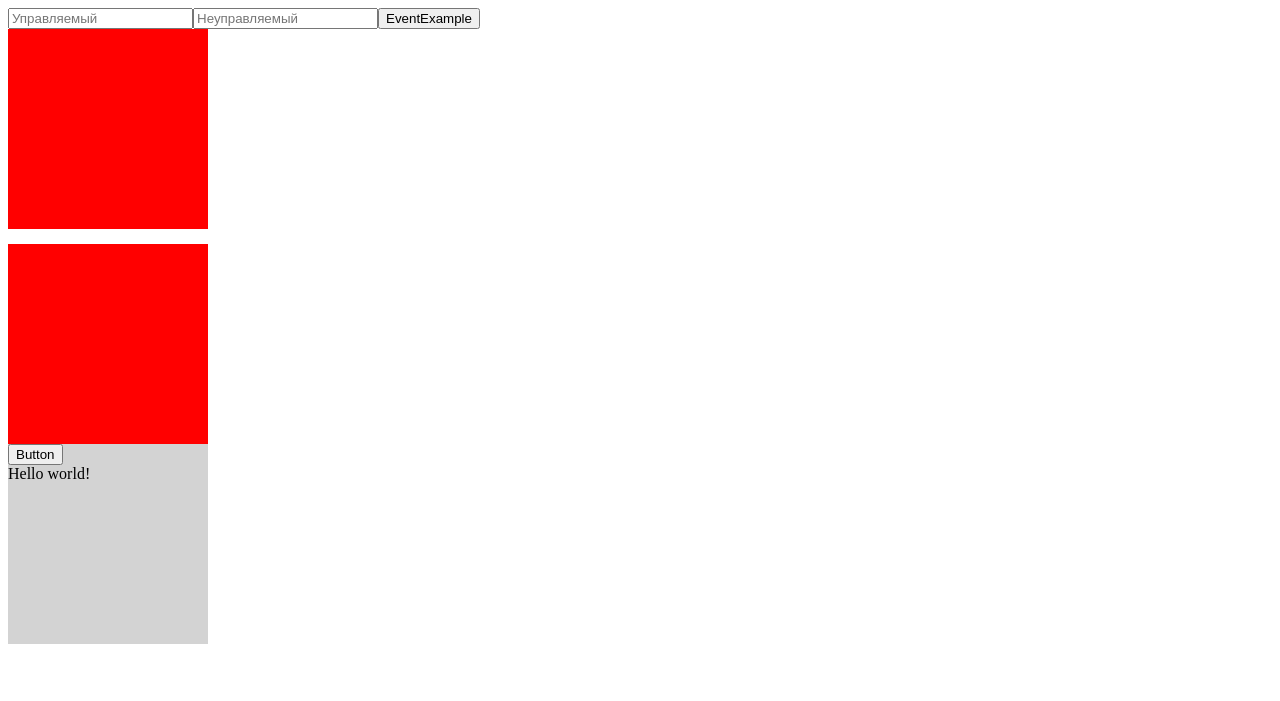
Repository: ezotop/react_ts_props-hook-router-event-req
Page: /
These files come from the project's save history. The page is drawn as it stood at one moment and after the next save; the edit follows.
The browser window is 1280 px wide. The pictures show the whole page.
The project was rebuilt for these pictures with package versions that can differ from the ones it lists, and the page was loaded fresh each time. Also part of the build but not shown: src/component/List.tsx, src/component/UserItem.tsx, src/component/pages/UsersPage.tsx, src/component/TodoItem.tsx, src/component/pages/TodosPage.tsx.

Above is the page before, as saved 2021-04-28 23:38:54.

### src/App.tsx
import React from 'react';
import Card, { CardVariant } from './component/Card';
import EventsExample from './component/EventsExample';
import {BrowserRouter as Router, Route} from 'react-router-dom';
import UsersPage from './component/pages/UsersPage';
import TodosPage from './component/pages/TodosPage';

const App = () => {

    return (
        <Router>
            <Route path={'/'} exact>
                <EventsExample/>
                <Card
                    onClick={(num) => console.log('Click', num)}
                    variant={CardVariant.primary}
                    width={'200px'}
                    height={'200px'}
                    >
                        <button>Button</button>
                        <div>Hello world!</div>
                </Card>
            </Route>
            <Route path={'/users'} exact>
                <UsersPage />
            </Route>
            <Route path={'/todos'} exact>
                <TodosPage/>
            </Route>

        </Router>
    );
};

export default App;

### src/component/Card.tsx
import React, { useState } from 'react';

export enum CardVariant {
    outlined = 'outlined',
    primary = 'primary'
}

interface CardProps {
    width?: string // ? - если хотим сделать не обязательным
    height?: string
    children?: React.ReactChild | React.ReactNode
    variant: CardVariant
    onClick: (num: number) => void
}

const Card: React.FC<CardProps> = ({width, height, variant, children, onClick}) => {

    const [state, setState] = useState(0);

    return (
        <div style={{width, height,
            border: variant === CardVariant.outlined ? '1px solid lightgray' : 'none',
            background: variant === CardVariant.primary ? 'lightgray' : ''
            }}
            onClick={() => onClick(state)}
            >
                {children}
        </div>
    );
};

export default Card;

### src/component/EventsExample.tsx
import React, { FC, useRef, useState } from 'react';

const EventsExample: FC = () => {
    const [value, setValue] = useState<string>('');
    const [isDrag, setIsDrag] = useState<boolean>(false);
    const inputRef = useRef<HTMLInputElement>(null); // Неуправляемый input

    const changeHandler = (e: React.ChangeEvent<HTMLInputElement>) => {
        setValue(e.target.value);
    };
    const clickHandler = (e: React.MouseEvent<HTMLButtonElement>) => {
        // if (value !== '') { // Управляемый
        //     console.log(value);
        //     setValue('');
        // }
        console.log(inputRef.current?.value);

    };
    const dragHandler = (e: React.DragEvent<HTMLDivElement>) => { // onDrag - Начали тянуть блок
        e.preventDefault();
        console.log('DRAG');

    };
    const dragWithPreventHandler = (e: React.DragEvent<HTMLDivElement>) => { // onDragOver - Когда находимся внутри блока
        e.preventDefault();
        setIsDrag(true);
    };
    const leaveHandler = (e: React.DragEvent<HTMLDivElement>) => { // Когда вышли за пределы этого квадрата
        e.preventDefault();
        setIsDrag(false);
    };
    const dropHandler = (e: React.DragEvent<HTMLDivElement>) => {
        e.preventDefault();
        setIsDrag(false);
        console.log('DROP');
    };

    return (
        <div>
            <input  value={value} onChange={changeHandler} placeholder='Управляемый' type='text' />
            <input ref={inputRef} placeholder='Неуправляемый' type='text' />
            <button onClick={clickHandler}>EventExample</button>
            <div onDrag={dragHandler} draggable style={{width: 200, height: 200, backgroundColor: 'red'}}></div>
            <div
                onDrop={dropHandler}
                onDragLeave={leaveHandler}
                onDragOver={dragWithPreventHandler}
                style={{
                    width: 200, height: 200, backgroundColor: isDrag ? 'blue' : 'red', marginTop: '15px'
            }}></div>
        </div>
    );
};

export default EventsExample;

Loaded but not shown: public/index.html (common file); src/index.tsx (common file)

After the next save:
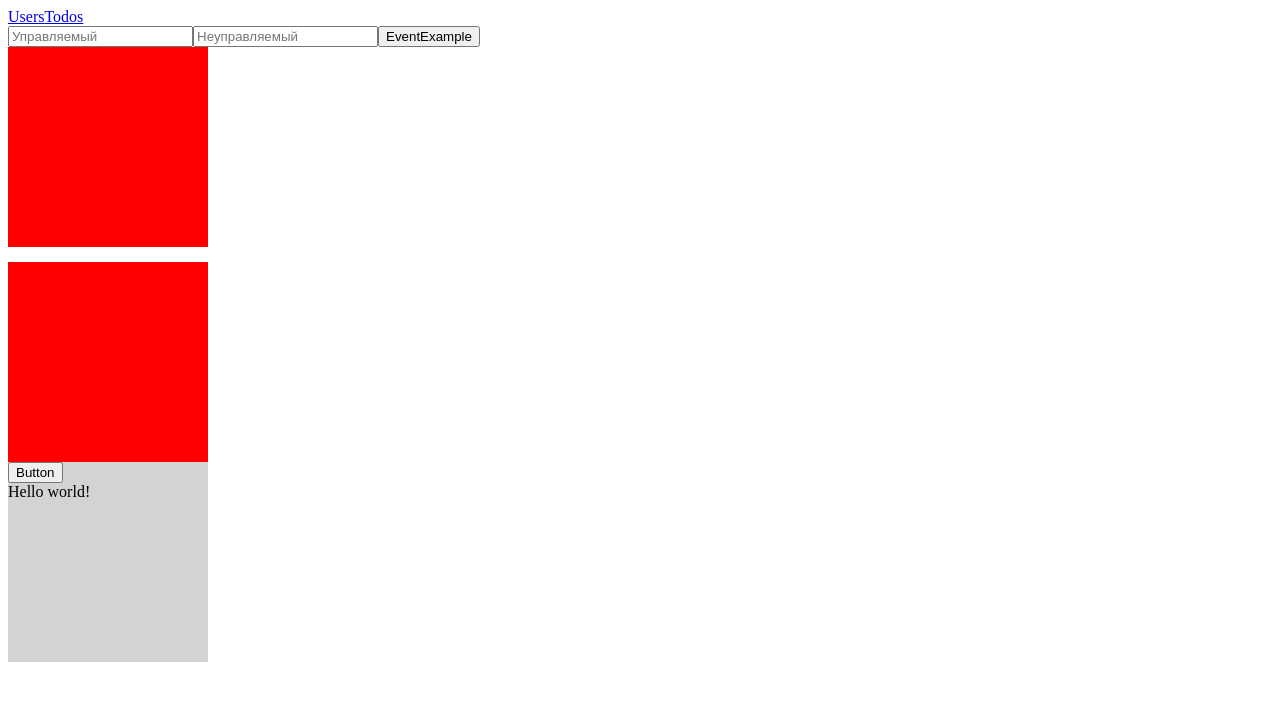
Saved 111 s later.
--- a/src/App.tsx
+++ b/src/App.tsx
@@ -1,7 +1,7 @@
 import React from 'react';
 import Card, { CardVariant } from './component/Card';
 import EventsExample from './component/EventsExample';
-import {BrowserRouter as Router, Route} from 'react-router-dom';
+import {BrowserRouter as Router, NavLink, Route} from 'react-router-dom';
 import UsersPage from './component/pages/UsersPage';
 import TodosPage from './component/pages/TodosPage';
 
@@ -9,6 +9,10 @@ const App = () => {
 
     return (
         <Router>
+            <div>
+                <NavLink to={'/users'}>Users</NavLink>
+                <NavLink to={'/todos'}>Todos</NavLink>
+            </div>
             <Route path={'/'} exact>
                 <EventsExample/>
                 <Card
